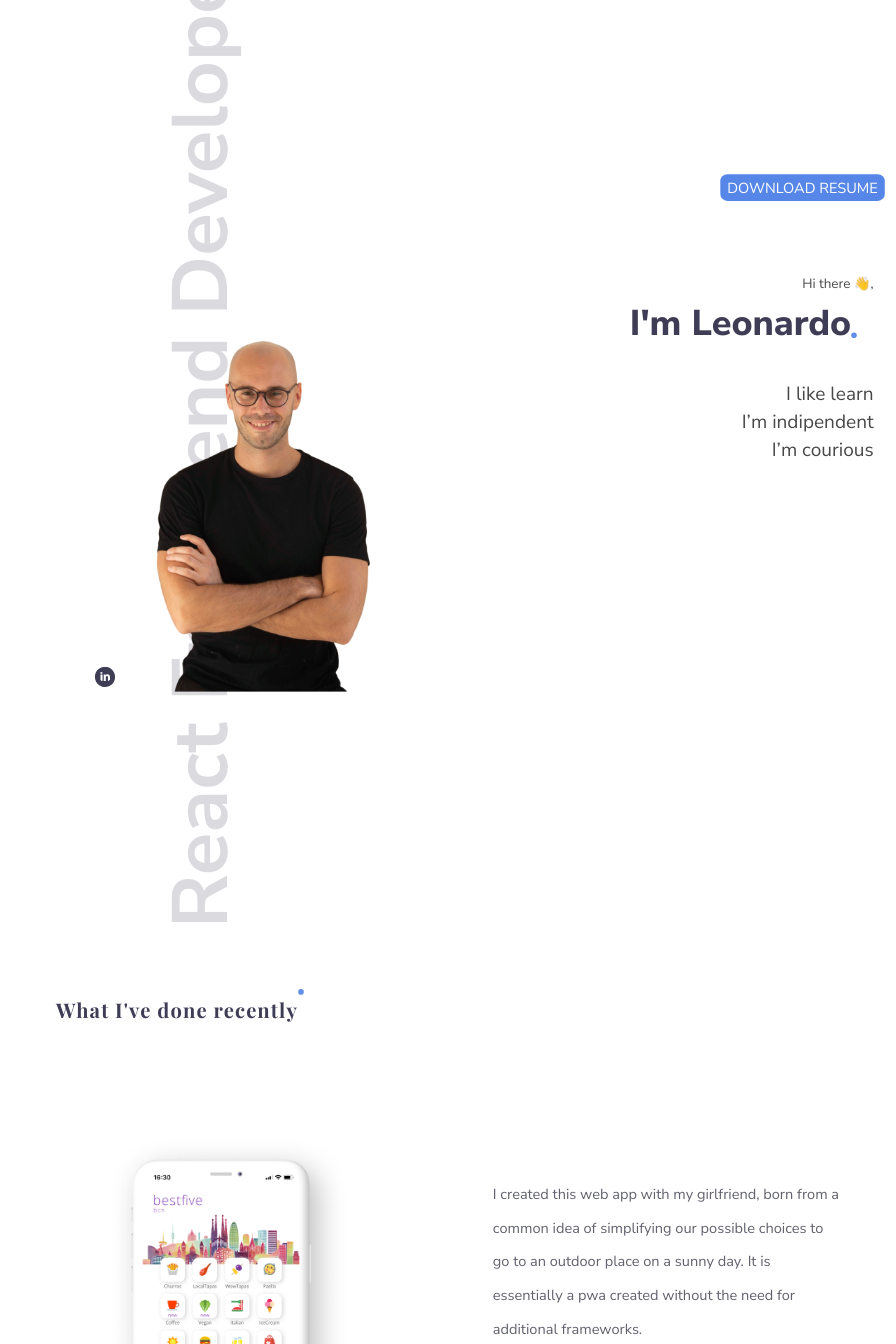
Repository: Easaaa/Portfolio-2020
Page: index.html
The author's editor kept a copy of each file at every save. The page is drawn from the files as they stood at one save, then again after the next save.
The browser window is 1280 px wide. The pictures show the part of the page from y = 0 to 1920 px (the page is 7095 px tall before and 7011 px after), at 70% of full size.
The style sheet was rebuilt from its Sass, Less or Tailwind sources for each picture, by a compiler version that may differ from the author's.

Above is the page before, as saved 2020-02-28 14:06:25.

After the next save:
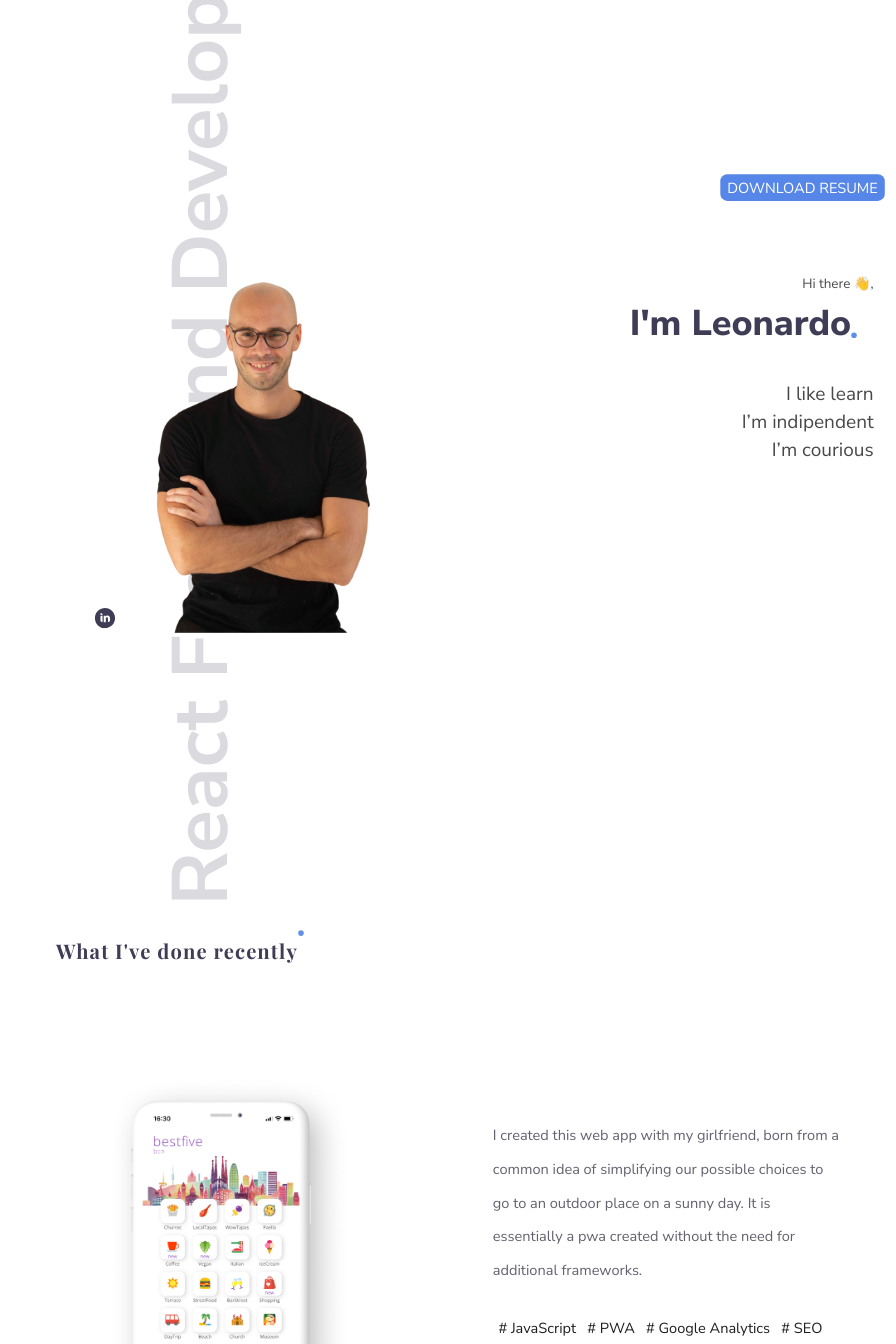
Saved 54 s later.
--- a/stylesheets/scss/main.scss
+++ b/stylesheets/scss/main.scss
@@ -89,6 +89,7 @@
 header {
   width: 100%;
   padding: 1rem 0 4rem 0;
+  height: 90vh;
 
   .actions {
     padding: 0 1rem;
